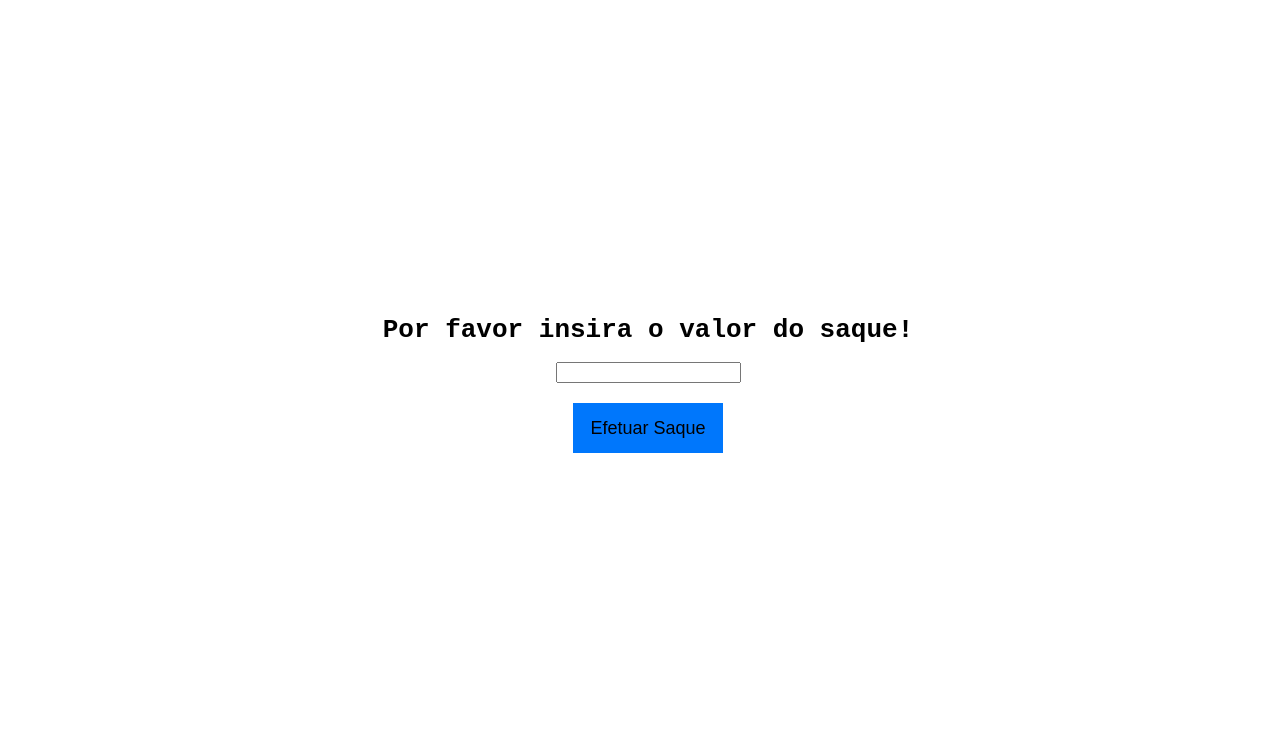
Repository: tkosudi/evlos-test-react
Page: /
These files come from the project's save history. The page is drawn as it stood at one moment and after a run of saves; the edit follows.
The browser window is 1280 px wide. The page is 1288 px wide, so the pictures cover 1288 px, including what lies to the right of the window. The pictures show the whole page.
The project was rebuilt for these pictures with package versions that can differ from the ones it lists, and the page was loaded fresh each time.

Above is the page before, as saved 2021-09-02 16:23:56.

After the next 2 saves:
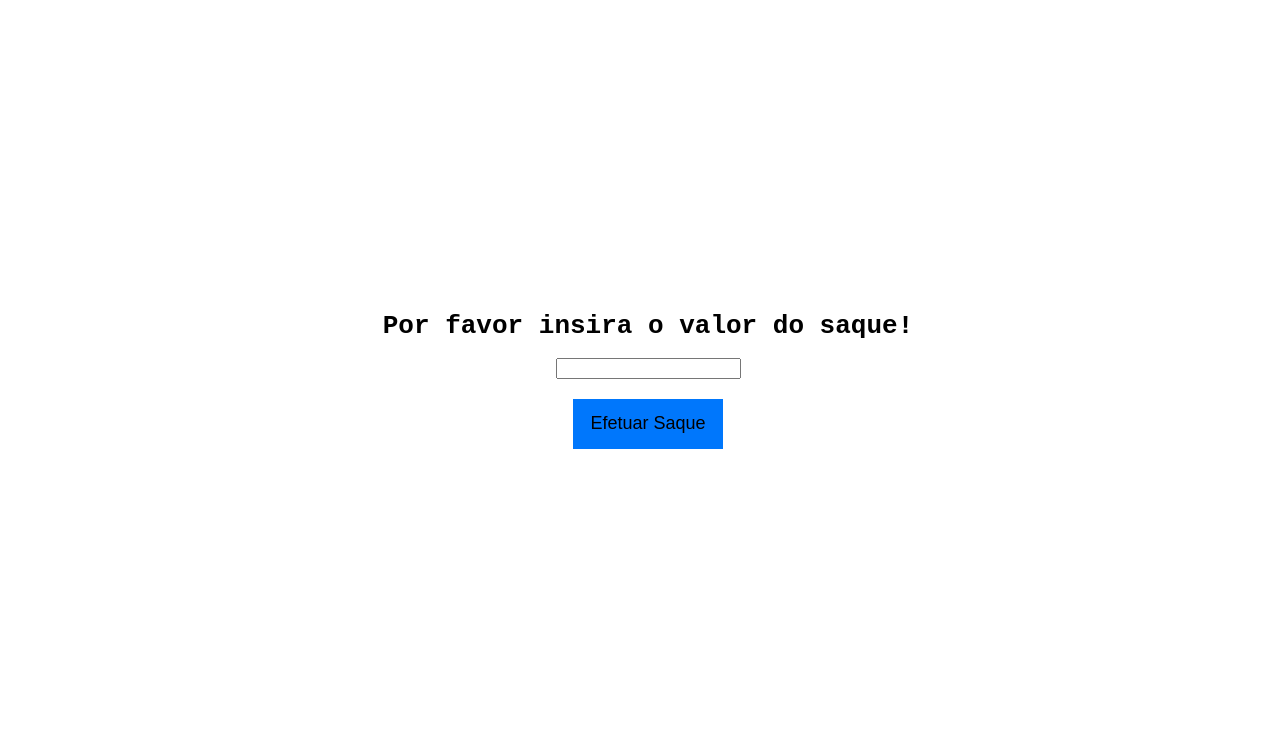
The 2 saves are shown as one change because they came seconds apart.
The last was saved 22 s later.
--- a/src/components/withdraw/index.js
+++ b/src/components/withdraw/index.js
@@ -27,7 +27,7 @@ export const WithdrawComponent = () => {
         value={inputValue}
       />
       <Message>{responseMessage}</Message>
-      <Message>{customerBalance}</Message>
+      <p>{customerBalance}</p>
     </Container>
   );
 };
